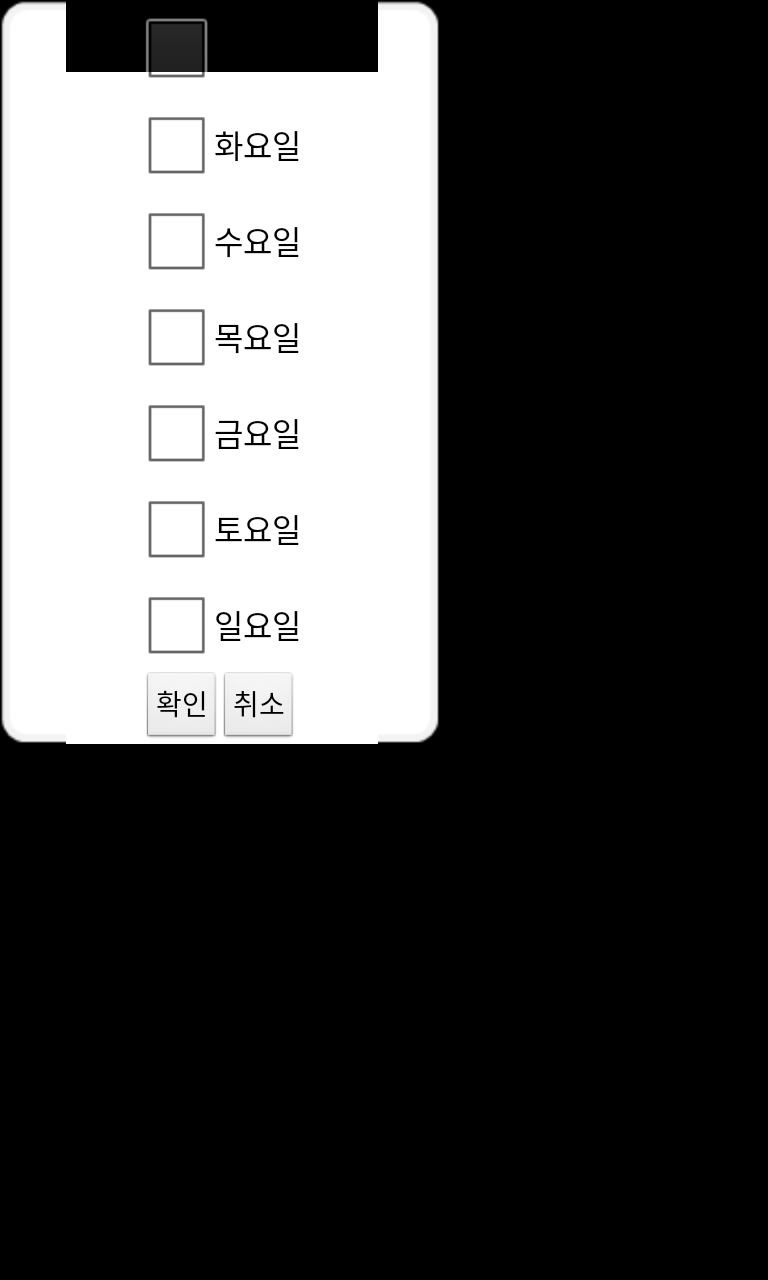
Repository: blacky512/smart_morning_call
Layout: client/SmartMorningCall/res/layout/dayselect_frag.xml
An editor plug-in stored every save of this project. The layout is shown before and after the next save, followed by the edit.
It is drawn on a 768 x 1280 px phone screen (xhdpi) without system bars, with theme android:Theme.NoTitleBar; the app's code is not run.

Above is the layout before, as saved 2013-02-19 14:19:26.

### client/SmartMorningCall/res/layout/dayselect_frag.xml
<?xml version="1.0" encoding="utf-8"?>
<RelativeLayout xmlns:android="http://schemas.android.com/apk/res/android"
    android:id="@+id/dayselect_list"
    android:layout_width="220dp"
    android:layout_height="300dp"
    android:background="@drawable/clear"
    android:orientation="vertical"
    android:padding="0dp" >

    <LinearLayout
        android:id="@+id/daysel"
        android:layout_width="220dp"
        android:layout_height="wrap_content"
        android:layout_alignParentLeft="true"
        android:layout_alignParentTop="true"
        android:background="@drawable/te"
        android:orientation="vertical"
        android:padding="0dp" >

        <CheckBox
            android:id="@+id/checkBox1"
            android:layout_width="wrap_content"
            android:layout_height="wrap_content"
            android:layout_gravity="center_horizontal"
            android:text="월요일"
            android:textColor="#000000" />

        <CheckBox
            android:id="@+id/checkBox2"
            android:layout_width="wrap_content"
            android:layout_height="wrap_content"
            android:layout_gravity="center_horizontal"
            android:text="화요일"
            android:textColor="#000000" />

        <CheckBox
            android:id="@+id/checkBox3"
            android:layout_width="wrap_content"
            android:layout_height="wrap_content"
            android:layout_gravity="center_horizontal"
            android:text="수요일"
            android:textColor="#000000" />

        <CheckBox
            android:id="@+id/checkBox4"
            android:layout_width="wrap_content"
            android:layout_height="wrap_content"
            android:layout_gravity="center_horizontal"
            android:text="목요일"
            android:textColor="#000000" />

        <CheckBox
            android:id="@+id/checkBox5"
            android:layout_width="wrap_content"
            android:layout_height="wrap_content"
            android:layout_gravity="center_horizontal"
            android:text="금요일"
            android:textColor="#000000" />

        <CheckBox
            android:id="@+id/checkBox6"
            android:layout_width="wrap_content"
            android:layout_height="wrap_content"
            android:layout_gravity="center_horizontal"
            android:text="토요일"
            android:textColor="#000000" />

        <CheckBox
            android:id="@+id/checkBox7"
            android:layout_width="wrap_content"
            android:layout_height="wrap_content"
            android:layout_gravity="center_horizontal"
            android:text="일요일"
            android:textColor="#000000" />

        <RelativeLayout
            android:layout_width="match_parent"
            android:layout_height="wrap_content" >

            <LinearLayout
                android:layout_width="wrap_content"
                android:layout_height="wrap_content"
                android:layout_centerHorizontal="true" >

                <Button
                    android:id="@+id/button1"
                    style="?android:attr/buttonStyleSmall"
                    android:layout_width="wrap_content"
                    android:layout_height="wrap_content"
                    android:text="확인" />

                <Button
                    android:id="@+id/button2"
                    style="?android:attr/buttonStyleSmall"
                    android:layout_width="wrap_content"
                    android:layout_height="wrap_content"
                    android:text="취소" />
            </LinearLayout>
        </RelativeLayout>
    </LinearLayout>

</RelativeLayout>

After the next save:
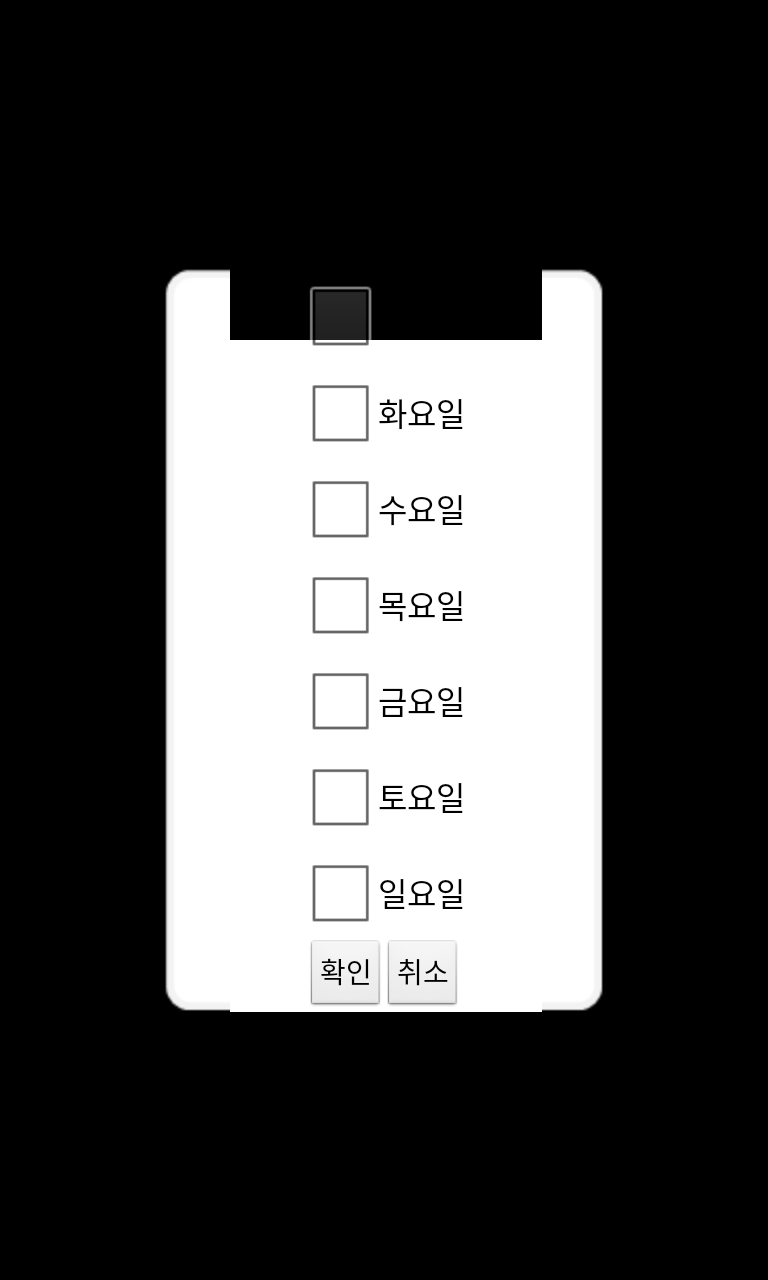
Saved 40 s later.
--- a/client/SmartMorningCall/res/layout/dayselect_frag.xml
+++ b/client/SmartMorningCall/res/layout/dayselect_frag.xml
@@ -2,7 +2,7 @@
 <RelativeLayout xmlns:android="http://schemas.android.com/apk/res/android"
     android:id="@+id/dayselect_list"
     android:layout_width="220dp"
-    android:layout_height="300dp"
+    android:layout_height="370dp"
     android:background="@drawable/clear"
     android:orientation="vertical"
     android:padding="0dp" >
@@ -11,8 +11,7 @@
         android:id="@+id/daysel"
         android:layout_width="220dp"
         android:layout_height="wrap_content"
-        android:layout_alignParentLeft="true"
-        android:layout_alignParentTop="true"
+        android:layout_centerInParent="true"
         android:background="@drawable/te"
         android:orientation="vertical"
         android:padding="0dp" >
